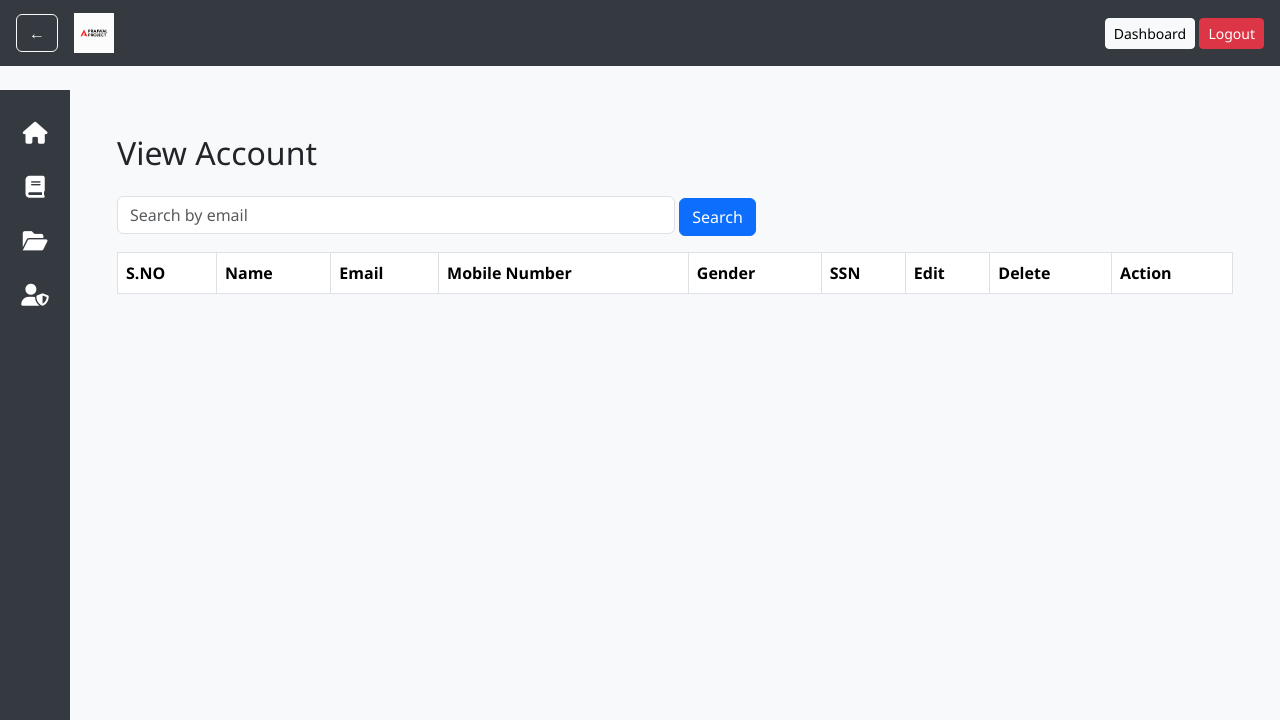
Repository: PRAJWALSINKAR/Spring_boot_Major_Projects
Page: http://localhost/view-caseworkers
These files come from the project's save history. The page is drawn as it stood at one moment and after the next save; the edit follows.
The browser window is 1280 px wide. The pictures show the whole page.
The page is this project's Thymeleaf template; nobody is signed in. The template is opened directly, without the code that normally fills it, so the values that code supplies are empty.

Above is the page before, as saved 2025-08-09 10:47:01.

### IES-Integrated_Eligibility_system/src/main/resources/templates/view-caseworkers.html
<!DOCTYPE html>
<html xmlns:th="http://www.thymeleaf.org">
<head>
<title>View Caseworkers</title>
<link rel="stylesheet"
      href="https://cdn.jsdelivr.net/npm/bootstrap@5.3.2/dist/css/bootstrap.min.css" />
<link rel="stylesheet"
      href="https://cdnjs.cloudflare.com/ajax/libs/font-awesome/6.0.0/css/all.min.css" />
<style>
body { background-color: #f8f9fa; font-family: 'Segoe UI', sans-serif; }
.navbar { background-color: #343a40 !important; }
.navbar-brand img { height: 40px; }
/* Sidebar styling */
.sidebar {
    width: 70px; height: 100vh; position: fixed;
    background-color: #343a40; display: flex; flex-direction: column;
    padding-top: 1rem; z-index: 999;
}
.sidebar ul { list-style: none; margin: 0; padding: 0; }
.sidebar li { position: relative; }
.sidebar .nav-link {
    display: flex; justify-content: center; align-items: center;
    height: 54px; font-size: 22px; color: white; text-decoration: none;
}
.sidebar .nav-link:hover { background-color: #495057; }
.submenu {
    display: none; position: fixed; background: #343a40;
    min-width: 220px; box-shadow: 0 8px 24px rgba(44,62,80,0.2);
    border-radius: 0 8px 8px 0; overflow: hidden;
    z-index: 2000; opacity: 0; pointer-events: none;
}
.submenu.show { display: block; opacity: 1; pointer-events: auto; }
.submenu a {
    display: block; padding: 12px 18px; color: white;
    text-decoration: none; border-bottom: 1px solid #41464b;
}
.submenu a:last-child { border-bottom: none; }
.submenu a:hover { background: #495057; }
main { margin-left: 70px; padding: 20px; }
</style>
</head>
<body>

<nav class="navbar navbar-expand-lg navbar-dark bg-dark mb-4 px-3">
    <div class="d-flex align-items-center">
        <!-- Back Button -->
        <button onclick="history.back()" class="btn btn-outline-light me-3" title="Go Back">&#8592;</button>
        <a class="navbar-brand" href="#">
            <img th:src="@{/images/myName-Logo.png}" alt="Logo" />
        </a>
    </div>
    <div class="ms-auto">
        <a href="/dashboard" class="btn btn-light btn-sm">Dashboard</a>
        <a href="/logout" class="btn btn-danger btn-sm">Logout</a>
    </div>
</nav>

<!-- Sidebar -->
<nav class="sidebar">
    <ul class="nav flex-column">
        <li><a href="/dashboard" class="nav-link" title="Dashboard"><i class="fa fa-home"></i></a></li>
        <li class="has-popup" data-popup="appreg-popup"><a class="nav-link" title="Application Registration"><i class="fa fa-book"></i></a></li>
        <li class="has-popup" data-popup="datacollection-popup"><a class="nav-link" title="Data Collection"><i class="fa fa-folder-open"></i></a></li>
        <li class="has-popup" data-popup="admin-popup"><a class="nav-link" title="Admin"><i class="fa fa-user-shield"></i></a></li>
    </ul>
</nav>

<!-- Submenus -->
<div id="appreg-popup" class="submenu">
    <a href="/application/create">Create Application</a>
    <a href="/application/view">View Applications</a>
</div>
<div id="datacollection-popup" class="submenu">
    <a href="/dc/income-manual">Income Details</a>
    <a href="/dc/education-manual">Education Details</a>
    <a href="/dc/kids-manual">Kids Details</a>
</div>
<div id="admin-popup" class="submenu">
    <a href="/caseworker/register-form">Create Account</a>
    <a href="/caseworker/view">View Accounts</a>
    <a href="/plan/create-form">Create Plan</a>
    <a href="/plan/view">View Plans</a>
</div>

<!-- Main -->
<main>
<div class="container mt-4">
<h2 class="mb-4">View Account</h2>
<form method="get" th:action="@{/caseworker/view}" class="mb-3">
    <input type="text" name="email" placeholder="Search by email" class="form-control w-50 d-inline" />
    <button type="submit" class="btn btn-primary">Search</button>
</form>
<table class="table table-bordered table-striped">
<thead>
<tr>
    <th>S.NO</th>
    <th>Name</th>
    <th>Email</th>
    <th>Mobile Number</th>
    <th>Gender</th>
    <th>SSN</th>
    <th>Edit</th>
    <th>Delete</th>
    <th>Action</th>
</tr>
</thead>
<tbody>
<tr th:each="worker, iterStat : ${caseworkers}">
    <td th:text="${iterStat.count}"></td>
    <td th:text="${worker.name}"></td>
    <td th:text="${worker.email}"></td>
    <td th:text="${worker.phoneNumber}"></td>
    <td th:text="${worker.gender}"></td>
    <td th:text="${worker.ssn}"></td>
    <td><a th:href="@{'/caseworker/edit/' + ${worker.id}}" class="btn btn-primary btn-sm"> ✏️ </a></td>
    <td><a th:href="@{'/caseworker/delete/' + ${worker.id}}" class="btn btn-danger btn-sm"
           onclick="return confirm('Are you sure you want to permanently delete this caseworker?');"> 🗑 </a></td>
    <td>
        <a th:if="${worker.accStatus == 'ACTIVE'}" th:href="@{'/caseworker/toggle-status/' + ${worker.id}}" class="btn btn-danger btn-sm">❌</a>
        <a th:if="${worker.accStatus != 'ACTIVE'}" th:href="@{'/caseworker/toggle-status/' + ${worker.id}}" class="btn btn-success btn-sm">✅</a>
    </td>
</tr>
</tbody>
</table>
</div>
</main>

<script src="https://cdn.jsdelivr.net/npm/bootstrap@5.3.2/dist/js/bootstrap.bundle.min.js"></script>
<script>
// Sidebar submenu logic
document.querySelectorAll('.has-popup').forEach(function(li){
    li.addEventListener('mouseenter', function(){
        document.querySelectorAll('.submenu.show').forEach(e=>e.classList.remove('show'));
        var popup=document.getElementById(li.getAttribute('data-popup'));
        var rect=li.getBoundingClientRect();
        popup.style.top=rect.top+"px";
        popup.style.left=rect.right+"px";
        popup.classList.add('show');
    });
    li.addEventListener('mouseleave', function(){
        var popup=document.getElementById(li.getAttribute('data-popup'));
        setTimeout(function(){ if(!popup.matches(':hover')) popup.classList.remove('show'); }, 100);
    });
});
document.querySelectorAll('.submenu').forEach(function(menu){
    menu.addEventListener('mouseleave', function(){menu.classList.remove('show');});
    menu.addEventListener('mouseenter', function(){menu.classList.add('show');});
});
</script>
</body>
</html>

After the next save:
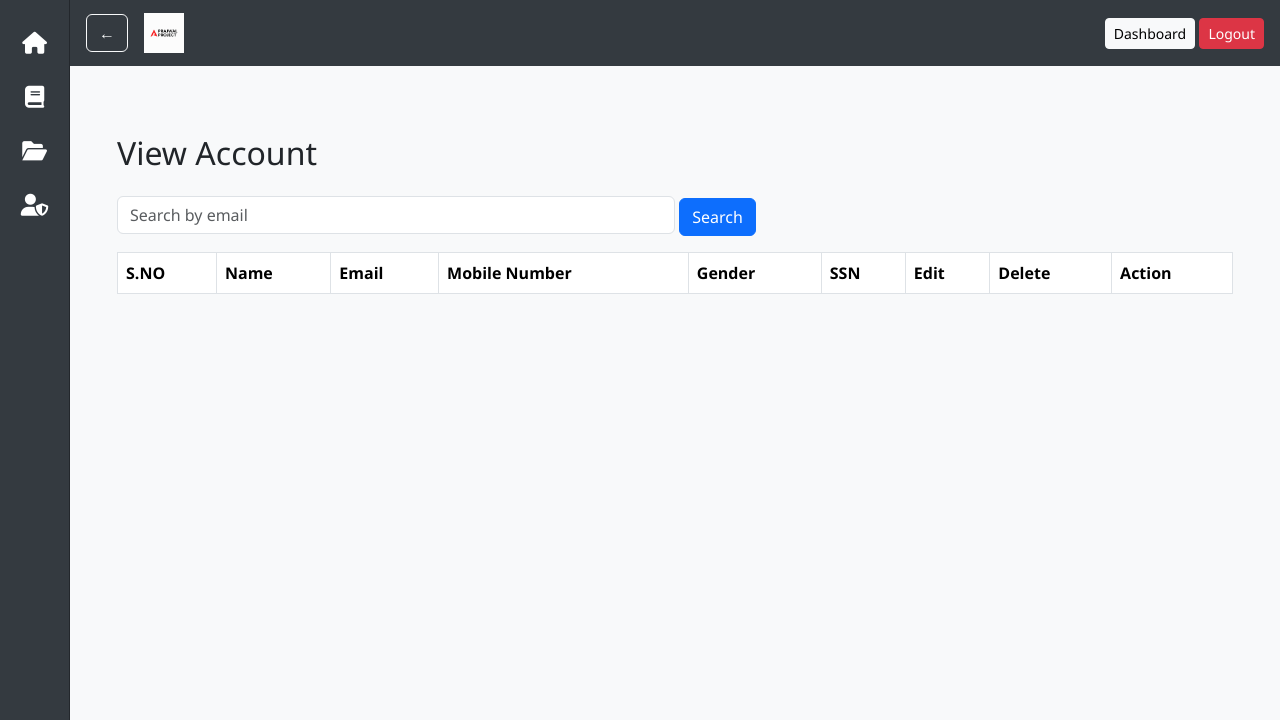
Saved 19 min 18 s later.
--- a/IES-Integrated_Eligibility_system/src/main/resources/templates/view-caseworkers.html
+++ b/IES-Integrated_Eligibility_system/src/main/resources/templates/view-caseworkers.html
@@ -8,13 +8,27 @@
       href="https://cdnjs.cloudflare.com/ajax/libs/font-awesome/6.0.0/css/all.min.css" />
 <style>
 body { background-color: #f8f9fa; font-family: 'Segoe UI', sans-serif; }
-.navbar { background-color: #343a40 !important; }
+/* Remove margins/padding so sidebar hugs the left edge */
+body, html { margin: 0; padding: 0; }
+
+.navbar {
+    background-color: #343a40 !important;
+    position: relative; /* so it sits above sidebar */
+    z-index: 1001;      /* above sidebar if needed */
+}
 .navbar-brand img { height: 40px; }
+
 /* Sidebar styling */
 .sidebar {
-    width: 70px; height: 100vh; position: fixed;
-    background-color: #343a40; display: flex; flex-direction: column;
-    padding-top: 1rem; z-index: 999;
+    width: 70px;
+    height: 100vh;
+    position: fixed;
+    top: 0; left: 0;
+    background-color: #343a40;
+    display: flex; flex-direction: column;
+    padding-top: 1rem;
+    z-index: 999;
+    border-right: 1px solid #23272c;
 }
 .sidebar ul { list-style: none; margin: 0; padding: 0; }
 .sidebar li { position: relative; }
@@ -36,14 +50,30 @@
 }
 .submenu a:last-child { border-bottom: none; }
 .submenu a:hover { background: #495057; }
+
+/* Main content now starts after sidebar, flush, with padding */
 main { margin-left: 70px; padding: 20px; }
+@media (max-width: 991px) {
+    main { margin-left: 70px; padding: 10px; }
+}
 </style>
 </head>
 <body>
 
-<nav class="navbar navbar-expand-lg navbar-dark bg-dark mb-4 px-3">
+<!-- Sidebar (always at top left, NO gap!) -->
+<nav class="sidebar">
+    <ul class="nav flex-column">
+        <li><a href="/dashboard" class="nav-link" title="Dashboard"><i class="fa fa-home"></i></a></li>
+        <li class="has-popup" data-popup="appreg-popup"><a class="nav-link" title="Application Registration"><i class="fa fa-book"></i></a></li>
+        <li class="has-popup" data-popup="datacollection-popup"><a class="nav-link" title="Data Collection"><i class="fa fa-folder-open"></i></a></li>
+        <li class="has-popup" data-popup="admin-popup"><a class="nav-link" title="Admin"><i class="fa fa-user-shield"></i></a></li>
+    </ul>
+</nav>
+
+<!-- Navbar floats beside sidebar; back button is at top with logo -->
+<nav class="navbar navbar-expand-lg navbar-dark bg-dark mb-4 px-3" style="margin-left:70px;">
     <div class="d-flex align-items-center">
-        <!-- Back Button -->
+        <!-- Back Button, no white gap! -->
         <button onclick="history.back()" class="btn btn-outline-light me-3" title="Go Back">&#8592;</button>
         <a class="navbar-brand" href="#">
             <img th:src="@{/images/myName-Logo.png}" alt="Logo" />
@@ -53,16 +83,6 @@
         <a href="/dashboard" class="btn btn-light btn-sm">Dashboard</a>
         <a href="/logout" class="btn btn-danger btn-sm">Logout</a>
     </div>
-</nav>
-
-<!-- Sidebar -->
-<nav class="sidebar">
-    <ul class="nav flex-column">
-        <li><a href="/dashboard" class="nav-link" title="Dashboard"><i class="fa fa-home"></i></a></li>
-        <li class="has-popup" data-popup="appreg-popup"><a class="nav-link" title="Application Registration"><i class="fa fa-book"></i></a></li>
-        <li class="has-popup" data-popup="datacollection-popup"><a class="nav-link" title="Data Collection"><i class="fa fa-folder-open"></i></a></li>
-        <li class="has-popup" data-popup="admin-popup"><a class="nav-link" title="Admin"><i class="fa fa-user-shield"></i></a></li>
-    </ul>
 </nav>
 
 <!-- Submenus -->

After the save that followed:
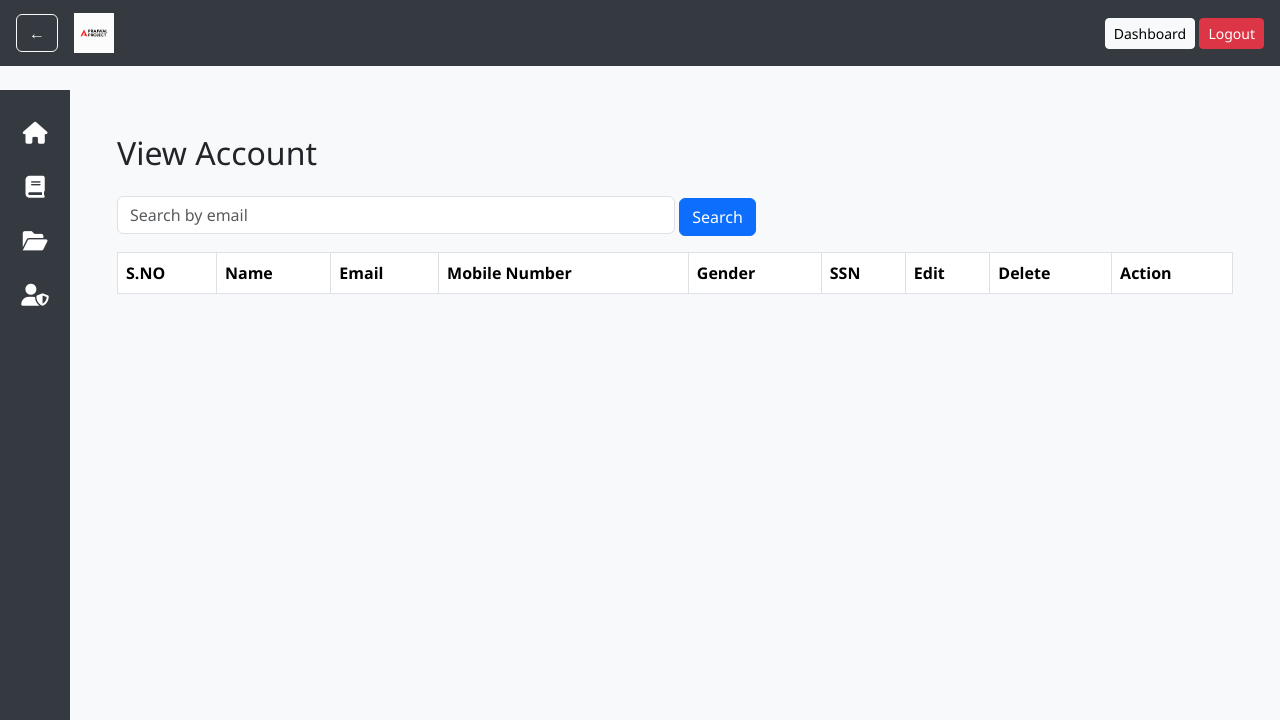
Saved 41 s later.
--- a/IES-Integrated_Eligibility_system/src/main/resources/templates/view-caseworkers.html
+++ b/IES-Integrated_Eligibility_system/src/main/resources/templates/view-caseworkers.html
@@ -8,27 +8,13 @@
       href="https://cdnjs.cloudflare.com/ajax/libs/font-awesome/6.0.0/css/all.min.css" />
 <style>
 body { background-color: #f8f9fa; font-family: 'Segoe UI', sans-serif; }
-/* Remove margins/padding so sidebar hugs the left edge */
-body, html { margin: 0; padding: 0; }
-
-.navbar {
-    background-color: #343a40 !important;
-    position: relative; /* so it sits above sidebar */
-    z-index: 1001;      /* above sidebar if needed */
-}
+.navbar { background-color: #343a40 !important; }
 .navbar-brand img { height: 40px; }
-
 /* Sidebar styling */
 .sidebar {
-    width: 70px;
-    height: 100vh;
-    position: fixed;
-    top: 0; left: 0;
-    background-color: #343a40;
-    display: flex; flex-direction: column;
-    padding-top: 1rem;
-    z-index: 999;
-    border-right: 1px solid #23272c;
+    width: 70px; height: 100vh; position: fixed;
+    background-color: #343a40; display: flex; flex-direction: column;
+    padding-top: 1rem; z-index: 999;
 }
 .sidebar ul { list-style: none; margin: 0; padding: 0; }
 .sidebar li { position: relative; }
@@ -50,30 +36,14 @@
 }
 .submenu a:last-child { border-bottom: none; }
 .submenu a:hover { background: #495057; }
-
-/* Main content now starts after sidebar, flush, with padding */
 main { margin-left: 70px; padding: 20px; }
-@media (max-width: 991px) {
-    main { margin-left: 70px; padding: 10px; }
-}
 </style>
 </head>
 <body>
 
-<!-- Sidebar (always at top left, NO gap!) -->
-<nav class="sidebar">
-    <ul class="nav flex-column">
-        <li><a href="/dashboard" class="nav-link" title="Dashboard"><i class="fa fa-home"></i></a></li>
-        <li class="has-popup" data-popup="appreg-popup"><a class="nav-link" title="Application Registration"><i class="fa fa-book"></i></a></li>
-        <li class="has-popup" data-popup="datacollection-popup"><a class="nav-link" title="Data Collection"><i class="fa fa-folder-open"></i></a></li>
-        <li class="has-popup" data-popup="admin-popup"><a class="nav-link" title="Admin"><i class="fa fa-user-shield"></i></a></li>
-    </ul>
-</nav>
-
-<!-- Navbar floats beside sidebar; back button is at top with logo -->
-<nav class="navbar navbar-expand-lg navbar-dark bg-dark mb-4 px-3" style="margin-left:70px;">
+<nav class="navbar navbar-expand-lg navbar-dark bg-dark mb-4 px-3">
     <div class="d-flex align-items-center">
-        <!-- Back Button, no white gap! -->
+        <!-- Back Button -->
         <button onclick="history.back()" class="btn btn-outline-light me-3" title="Go Back">&#8592;</button>
         <a class="navbar-brand" href="#">
             <img th:src="@{/images/myName-Logo.png}" alt="Logo" />
@@ -83,6 +53,16 @@
         <a href="/dashboard" class="btn btn-light btn-sm">Dashboard</a>
         <a href="/logout" class="btn btn-danger btn-sm">Logout</a>
     </div>
+</nav>
+
+<!-- Sidebar -->
+<nav class="sidebar">
+    <ul class="nav flex-column">
+        <li><a href="/dashboard" class="nav-link" title="Dashboard"><i class="fa fa-home"></i></a></li>
+        <li class="has-popup" data-popup="appreg-popup"><a class="nav-link" title="Application Registration"><i class="fa fa-book"></i></a></li>
+        <li class="has-popup" data-popup="datacollection-popup"><a class="nav-link" title="Data Collection"><i class="fa fa-folder-open"></i></a></li>
+        <li class="has-popup" data-popup="admin-popup"><a class="nav-link" title="Admin"><i class="fa fa-user-shield"></i></a></li>
+    </ul>
 </nav>
 
 <!-- Submenus -->
